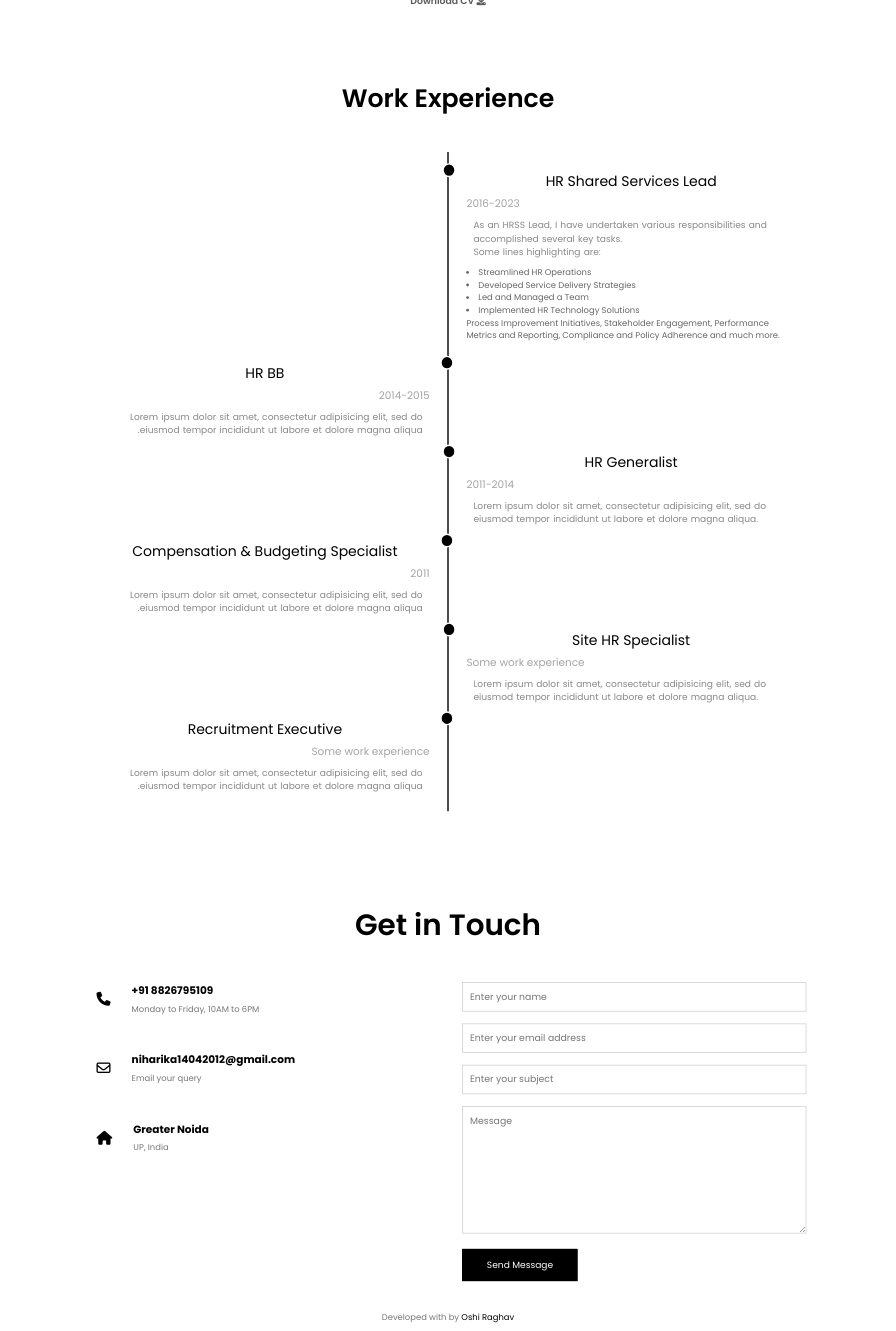
Repository: xoshiraghavx/Niharika-portfolio
Page: index.html
An editor plug-in stored every save of this project. The page is shown before and after a run of saves, followed by the edit.
The browser window is 1280 px wide. The pictures show the part of the page from y = 1293 to 3213 px (the page is 3195 px tall before and 3213 px after), at 70% of full size.
Some web libraries are served in a nearby version.

Above is the page before, as saved 2023-06-16 10:39:02.

### index.html
<!DOCTYPE html>
<html lang="en">
<head>
    <meta charset="UTF-8">
    <meta http-equiv="X-UA-Compatible" content="IE=edge">
    <meta name="viewport" content="width=device-width, initial-scale=1.0">
    <title>Niharika Singh | Portfolio</title>
    <link rel="stylesheet" href="../css/index.css">
    <link rel="preconnect" href="https://fonts.googleapis.com">
<link rel="preconnect" href="https://fonts.gstatic.com" crossorigin>
<link href="https://fonts.googleapis.com/css2?family=Poppins:wght@100;200;300;400;600;700&family=Righteous&display=swap" rel="stylesheet">
<link rel="stylesheet" href="https://stackpath.bootstrapcdn.com/font-awesome/4.7.0/css/font-awesome.min.css">
<link rel="stylesheet" href="./css/particle.css">
<link href="https://unpkg.com/aos@2.3.1/dist/aos.css" rel="stylesheet">
<link rel="icon" href="./img/image.jpg">

</head>
<body>
    <section class="header" id="head">
        <div id="particles-js">
        <nav>
            <div class="logo">
                <h2>NS</h2>
            </div>
            <div class="nav-links" id="navLinks">
                <i class="fa fa-times" onclick="hideMenu()"></i>
                <ul>
                    <li><a href="#head">HOME</a></li>
                    <li><a href="#about">ABOUT</a></li>
                    <li><a href="#work">WORK</a></li>
                    <li><a href="#contact">CONTACT</a></li>
                </ul>
            </div>
            <div class="social">
                    <div><a href="https://www.linkedin.com/in/niharika-singh-54130b13/" target="_blank"><i class="fa-brands fa-linkedin"></i></a></div>
                    <div><a href="https://www.facebook.com/people/Niharika-Singh/pfbid0zDJLjq1fehJWAvFLc7zkpJ6FsEs1uDxExLjwh94ZH389RFf4Q5YAZHgxJCLQanLsl/" target="_blank"><i class="fa-brands fa-facebook"></i></a></div>
                    <div><a href="https://www.instagram.com/niharika14042012/" target="_blank"><i class="fa-brands fa-instagram"></i></a></div>
            </div>
        </nav>

        <div id="home"data-aos="zoom-in" data-aos-duration="1000">
            <div class="img">
                <p style="color: #c5c1c1; font-weight: 600;">Hello, I'm</p>
            </div>
            <h1 class="hh1">NIHARIKA SINGH</h1>
            <div class="p1"data-aos="fade-in" data-aos-delay="1300"data-aos-duration="1000">
                <p>As an HR professional, I nurture a harmonious and productive workforce.</p>
            </div>
            <div class="container">
                <a href="#about">
                <div class="field" >
                    <div class="mouse"></div>
                </div>
            </a>
            </div>
    </div>
    </section>

<!-- ---------About----------------- -->
<section class="about-us" id="about">
    <div class="row1">
        <div class="about-col">
            <h1>About me</h1>
            <p>Lorem ipsum dolor sit amet consectetur adipisicing elit. Voluptates unde necessitatibus consectetur aut, quisquam at, dolorem, deleniti deserunt a error officia? Quas, quos. Nemo assumenda fugiat dolore ad illo soluta.Lorem ipsum dolor sit amet consectetur adipisicing elit. Voluptates unde necessitatibus consectetur aut, quisquam at, dolorem, deleniti deserunt a error officia? Quas, quos. Nemo assumenda fugiat dolore</p>
        </div>
    </div>
    <div class="bar">
        <div class="count">
            <div class="exp">
                <h1>17+</h1>
            </div>
            <div class="exp_name">
                <h4>Years</h4>
            </div>
        </div>
        <div class="count">
            <div class="exp">
                <h1>5</h1>
            </div>
            <div class="exp_name">
                <h4>Domain of HR</h4>
            </div>
        </div>
        <div class="count">
            <div class="exp">
                <h1>2</h1>
            </div>
            <div class="exp_name">
                <h4>Green Field Project </h4>
            </div>
        </div>
        <div class="count">
            <div class="exp">
                <h1>10+</h1>
            </div>
            <div class="exp_name">
                <h4>Processes </h4>
            </div>
        </div>
    </div>
    <div class="skills">
        <ul>
            <li>HR Shared Services setup</li>
            <li>Expat Management</li>
            <li>Global Center Setup</li>
        </ul>
        <ul>
            <li>HR Transformation & Digitization</li>
            <li>ERP enablement & Integration</li>
            <li>Process Simplification</li>
        </ul>
    </div>
    <div class="cv">
        <button><a href="./img/CV-Niharika Singh.pdf">Download CV </a><i class="fa fa-download"></i></button>
    </div>
</section>
<!-- ------------Timeline------------- -->
<section id="work">
    <h1>Work Experience</h1>
    <div class="timeline">
            <div class="timeline-block timeline-block-right">
               <div class="marker"></div>
               <div class="timeline-content">
                  <h3>HR Shared Services Lead </h3>
                  <span>2016-2023</span>
                  <p>As an HRSS Lead, I have undertaken various responsibilities and accomplished several key tasks.
                    <br>Some lines highlighting are:
                    <li>Streamlined HR Operations</li>
                    <li>Developed Service Delivery Strategies</li>
                    <li>Led and Managed a Team</li>
                    <li>Implemented HR Technology Solutions</li>Process Improvement Initiatives, Stakeholder Engagement, Performance Metrics and Reporting, Compliance and Policy Adherence and much more. </p>
               </div>
            </div>
            <div class="timeline-block timeline-block-left">
               <div class="marker"></div>
               <div class="timeline-content">
                  <h3>HR BB</h3>
                  <span>2014-2015</span>
                  <p>Lorem ipsum dolor sit amet, consectetur adipisicing elit, sed do eiusmod tempor incididunt ut labore et dolore magna aliqua.</p>
               </div>
            </div>
            <div class="timeline-block timeline-block-right">
                <div class="marker"></div>
                <div class="timeline-content">
                   <h3>HR Generalist</h3>
                   <span>2011-2014</span>
                   <p>Lorem ipsum dolor sit amet, consectetur adipisicing elit, sed do eiusmod tempor incididunt ut labore et dolore magna aliqua.</p>
                </div>
             </div>
            <div class="timeline-block timeline-block-left">
               <div class="marker"></div>
               <div class="timeline-content">
                  <h3>Compensation & Budgeting Specialist </h3>
                  <span>2011</span>
                  <p>Lorem ipsum dolor sit amet, consectetur adipisicing elit, sed do eiusmod tempor incididunt ut labore et dolore magna aliqua.</p>
               </div>
            </div>

            <div class="timeline-block timeline-block-right">
               <div class="marker"></div>
               <div class="timeline-content">
                  <h3>Site HR Specialist </h3>
                  <span>Some work experience</span>
                  <p>Lorem ipsum dolor sit amet, consectetur adipisicing elit, sed do eiusmod tempor incididunt ut labore et dolore magna aliqua.</p>
               </div>
            </div>

            <div class="timeline-block timeline-block-left">
               <div class="marker"></div>
               <div class="timeline-content">
                  <h3>Recruitment Executive </h3>
                  <span>Some work experience</span>
                  <p>Lorem ipsum dolor sit amet, consectetur adipisicing elit, sed do eiusmod tempor incididunt ut labore et dolore magna aliqua.</p>
               </div>
            </div>
    </div>
</section>
<section class="contact-us" id="contact">
    <h1>Get in Touch
    </h1>
    <div class="row">
        <div class="contact-col">
            <div>
                 <i class="fa fa-phone"></i>
                 <span>
                     <h5><a href="tel: +918178788527">+91 8826795109</a></h5>
                     <p>Monday to Friday, 10AM to 6PM</p>
                 </span>
            </div>
            <div>
                 <i class="fa fa-envelope-o"></i>
                 <span>
                     <h5><a href="mailto: niharika14042012@gmail.com ">niharika14042012@gmail.com</a></h5>
                     <p>Email your query</p>
                 </span>
            </div>
            <div>
                <i class="fa fa-home"></i>
                <span>
                    <h5><a href="https://www.google.com/maps/place/Greater+Noida,+Uttar+Pradesh/@28.4985622,77.3511809,11z/data=!3m1!4b1!4m6!3m5!1s0x390cea64b8f89aef:0xec0ccabb5317962e!8m2!3d28.4743879!4d77.5039904!16zL20vMGN3OXEy?entry=ttu" target="_blank">Greater Noida</a></h5>
                    <p>UP, India</p>
                </span>
           </div>
        </div>
        <div class="contact-col">
            <form action="https://formcarry.com/s/P6GKrEghsf" method="POST" accept-charset="UTF-8">
                <input type="text" name="name" placeholder="Enter your name" required>
                <input type="email" name="email" placeholder="Enter your email address" required>
                <input type="text" name="subject" placeholder="Enter your subject" required>
                <textarea rows="8" name="message" placeholder="Message" required></textarea>
                <button type="submit" class="hero-btn">Send Message</button>
            </form>
        </div>
    </div>
</section>
<!-- --------footer--------- -->
<section class="footer">
    <p style="text-align: center;">Developed with by <a href="https://www.linkedin.com/in/oshiraghav/" target="_blank">Oshi Raghav</a></p>
</section>

<!-- ---------------javascript----------------->
    	<script src=
		"particles.js-master/particles.js">
	</script>
	<script src=
		"/particles.js-master/demo/js/app.js">
	</script>
     <script src="https://unpkg.com/aos@2.3.1/dist/aos.js"></script>
    <script>
     AOS.init();
    </script>
    <script src="https://kit.fontawesome.com/b6191824ce.js" crossorigin="anonymous"></script>
</body>
</html>

### css/index.css
*{
    margin: 0;
    padding: 0;
    font-family: 'poppins', sans-serif;
    scroll-behavior: smooth;
}
.header{
    min-height: 100vh;
    width: 100%;
}
h3{
    color: #000;
}
nav{
    display: flex;
    padding: 1rem 0rem;
    background: #ffffff;
    justify-content: space-around;
    align-items: center;
    position: fixed;
    width: 100%;
    backdrop-filter: blur(3px);
    z-index: 2;
}
.logo{
    background: #000;
    color: #ffffff;
    border-radius: 100%;
    padding: 5pt 6pt;
}
.nav-links ul li{
    list-style: none;
    display: inline-block;
    padding: 8px 12px;
    position: relative;
}
.nav-links ul li a{
    color: #000000;
    text-decoration: none;
    font-size: 13px;
}
.nav-links ul li::after{
    content: '';
    width: 0%;
    height: 2px;
    background: #000000;
    display: block;
    margin: auto;
    transition: 0.5s;
}
.nav-links ul li:hover::after{
    width: 100%;
}
.social{
    display: grid;
    grid-template-columns: auto auto auto auto;
    column-gap: 15px;
    font-size: 1.2rem;
    color: #000000;
}
.social a{
    color: #000;
}
.social:hover{
    cursor: pointer;
}
#home{
    position: absolute;
    text-align: center;
    width: 100%;
    margin-top: 250px;
    color: #ffffff;
}
.hh1{
    font-size: 4em;
}
#home p{
    padding-top: .5rem;
    font-size: 1rem;
    color: #c5c1c1;
}
.container {
	width: 100%;
	height: 100%;
	display: flex;
	align-items: center;
	justify-content: center;
    padding-top: 10rem;
}
.field:hover{
    cursor: pointer;
}

.field {
	display: flex;
	align-items: center;
	justify-content: space-around;
}

.mouse {
	width: 30px;
	height: 50px;
	border: 3px solid #ffffff;
	border-radius: 60px;
	position: relative;
	&::before {
		content: '';
		width: 8px;
		height: 8px;
		position: absolute;
		top: 10px;
		left: 50%;
		transform: translateX(-50%);
		background-color: #ffffff;
		border-radius: 50%;
		opacity: 1;
		animation: wheel 2s infinite;
		-webkit-animation: wheel 2s infinite;
	}
}
@keyframes wheel {
	to {
		opacity: 0;
		top: 30px;
	}
}

@-webkit-keyframes wheel {
	to {
		opacity: 0;
		top: 60px;
	}
}
nav .fa{
    display: none;
}
.hero-btn{
    display: inline-block;
    text-decoration: none;
    color: #fff;
    border: 1px solid #000000;
    padding: 12px 34px;
    font-size: 13px;
    background-color: #000;
    position: relative;
    cursor: pointer;
}
.hero-btn:hover{
    border: 1px solid #000000;
    background: #fff;
    color: #000;
    transition: 1s;
}
@media(max-width: 700px){
    .nav-links{
        display: none;
    }
}
.course{
    width: 80%;
    margin: auto;
    text-align: center;
    padding-top: 80px;
}
h1{
    font-size: 36px;
    font-weight: 600;
    text-align: center;
}
p{
    color: #777;
    font-size: 300;
    line-height: 22px;
    padding: 10px;
}
.row{
    margin-top: 5%;
    display: flex;
    justify-content: space-between;
}
.course-col{
    flex-basis: 31%;
    background: #fff3f3;
    border-radius: 10px;
    margin-bottom: 5%;
    padding: 20px 12px;
    box-sizing: border-box;
    transition: 0.5s;
}
h3{
    text-align: center;
    font-weight: 600;
    margin: 10px 0px;
}
.course-col:hover{
    box-shadow: rgba(241, 128, 128, 0.25) 0px 54px 55px, rgba(233, 177, 177, 0.12) 0px -12px 30px, rgba(238, 209, 209, 0.12) 0px 4px 6px, rgba(230, 100, 100, 0.17) 0px 12px 13px, rgba(250, 27, 27, 0.09) 0px -3px 5px;
}
@media(max-width: 700px){
    .row{
        flex-direction: column;
    }
}
/*  --------facilities--------*/
 .timeline {
    width: 80%;
    padding: 1rem 0;
    margin: 50px auto;
    position: relative;
    overflow: hidden;
 }
 .timeline:before {
    content: '';
    position: absolute;
    top: 0;
    left: 50%;
    margin-left: -1px;
    width: 2px;
    height: 100%;
    background: #000000;
    z-index: 1
 }
 .timeline-block {
    width: -webkit-calc(50% + 8px);
    width: -moz-calc(50% + 8px);
    width: calc(50% + 8px);
    display: -webkit-box;
    display: -webkit-flex;
    display: -moz-box;
    display: flex;
    -webkit-box-pack: justify;
    -webkit-justify-content: space-between;
    -moz-box-pack: justify;
    justify-content: space-between;
    clear: both;
 }
 .timeline-block-right {
    float: right;
 }
 .timeline-block-left {
    float: left;
    direction: rtl
 }
 .marker {
    width: 16px;
    height: 16px;
    border-radius: 50%;
    border: 2px solid #ffffff;
    background: #000000;
    z-index: 1
 }

 .timeline-content {
    width: 95%;
    padding: 0 15px;
    color: #666
 }

 .timeline-content h3 {
    margin-bottom: 5px;
    font-size: 20px;
    font-weight: 500
 }

 .timeline-content span {
    font-size: 15px;
    color: #a4a4a4;
 }

 .timeline-content p {
    font-size: 13px;
    line-height: 1.5em;
    word-spacing: 1px;
    color: #888;
 }


 @media screen and (max-width: 768px) {
    /* .container:before {
       left: 8px;
       width: 2px;
    }
    .timeline-block {
       width: 100%;
       margin-bottom: 30px;
    }
    .timeline-block-right {
       float: none;
    }

    .timeline-block-left {
       float: none;
       direction: ltr;
    } */
 }

/* -------about us page------- */
.about-us{
    width: 50%;
    margin: auto;
    padding-top: 100px;
    padding-bottom: 100px;
}
.about-col{
    flex-basis: 48%;
    text-align: center;
    padding: 10px 2px;
}
.about-col p{
    padding: 15px 0 25px;
}
.about-col h1{
    font-size: 4em;
}
.bar{
    display: flex;
    justify-content: space-between;
    text-align: center;
}
.count{
    display: grid;
    /* flex-direction: column;
    justify-content: center; */
}
.skills{
    display: flex;
    justify-content: space-around;
    padding-top: 3rem;
}
.cv{
    display: flex;
    justify-content: center;
    padding-top: 3rem;
}
.cv button{
    background-color: transparent;
    border: none;
}
.cv button a{
    text-decoration: none;
    color: #5d5c5c;
    font-weight: 600;
}
.cv .fa{
    color: #5d5c5c;
}
.cv :hover{
    color: #000000;
    cursor: pointer;
}
@media(max-width: 700px){
    .about-us{
        width: 90%;
        margin-top: -15%;
    }
    .about-col h1{
        font-size: 3em;
    }
    .bar{
        display: grid;
        grid-template-columns: 1fr 1fr;
    }
    .skills{
        display: grid;
        padding-left: 10%;
    }
    .cv button{
        font-size: 1rem;
        margin-top: -5%;
    }
}
/* ----contact us----- */
.location{
    width: 80%;
    margin: auto;
    padding: 80px 0;
}
.location iframe{
    width: 100%;
}
.contact-us{
    width: 80%;
    margin: auto;
    padding-top: 80px;
}
.contact-us h1{
    font-size: 3.5em;
}
.contact-col{
    flex-basis: 48%;
    margin-bottom: 30px;
}
.contact-col div{
    display: flex;
    align-items: center;
    margin-bottom: 50px;
}
.contact-col div .fa{
    font-size: 20px;
    color: #000000;
    margin: 10px;
    margin-right: 30px;
}
.contact-col a{
    text-decoration: none;
    color: #000;
}
.contact-col div p{
    padding: 0;
}
.contact-col div h5{
    font-size: 15px;
    margin-bottom: 4px;
    color: #000000;
    font-weight: bold;
}
.contact-col input, .contact-col textarea{
    width: 100%;
    padding: 10px;
    margin-bottom: 17px;
    outline: none;
    border: 1px solid #ccc;
    box-sizing:border-box ;
}

.footer a{
    text-decoration: none;
    color: #000000;
}
@media(max-width: 700px){
    .contact-col div{
        margin-bottom: 20px;
    }
    .contact-col{
        margin-bottom: 10px;
    }
}

### css/particle.css
/* ---- reset ---- */

body {
    margin: 0;
    font:normal 75% Arial, Helvetica, sans-serif;
  }

  canvas {
    display: block;
    vertical-align: bottom;
  }

  /* ---- particles.js container ---- */

  #particles-js {
    position: absolute;
    width: 100%;
    height: 100vh;
    background-color: #000000;
  }

  /* ---- stats.js ---- */

  .count-particles{
    background: #ff0000;
    position: absolute;
    top: 48px;
    left: 0;
    width: 80px;
    color: #13E8E9;
    font-size: .8em;
    text-align: left;
    text-indent: 4px;
    line-height: 14px;
    padding-bottom: 2px;
    font-family: Helvetica, Arial, sans-serif;
    font-weight: bold;
  }

  .js-count-particles{
    font-size: 1.1em;
  }

  #stats,
  .count-particles{
    -webkit-user-select: none;
  }

  #stats{
    border-radius: 3px 3px 0 0;
    overflow: hidden;
  }

  .count-particles{
    border-radius: 0 0 3px 3px;
  }

### particles.js-master/demo/js/app.js
/* -----------------------------------------------
/* How to use? : Check the GitHub README
/* ----------------------------------------------- */

/* To load a config file (particles.json) you need to host this demo (MAMP/WAMP/local)... */
/*
particlesJS.load('particles-js', 'particles.json', function() {
  console.log('particles.js loaded - callback');
});
*/

/* Otherwise just put the config content (json): */

particlesJS('particles-js',

  {
    "particles": {
      "number": {
        "value": 80,
        "density": {
          "enable": true,
          "value_area": 800
        }
      },
      "color": {
        "value": "#ffffff"
      },
      "shape": {
        "type": "circle",
        "stroke": {
          "width": 0,
          "color": "#000000"
        },
        "polygon": {
          "nb_sides": 5
        },
        "image": {
          "src": "img/github.svg",
          "width": 100,
          "height": 100
        }
      },
      "opacity": {
        "value": 0.5,
        "random": false,
        "anim": {
          "enable": false,
          "speed": 1,
          "opacity_min": 0.1,
          "sync": false
        }
      },
      "size": {
        "value": 5,
        "random": true,
        "anim": {
          "enable": false,
          "speed": 40,
          "size_min": 0.1,
          "sync": false
        }
      },
      "line_linked": {
        "enable": true,
        "distance": 150,
        "color": "#ffffff",
        "opacity": 0.4,
        "width": 1
      },
      "move": {
        "enable": true,
        "speed": 6,
        "direction": "none",
        "random": false,
        "straight": false,
        "out_mode": "out",
        "attract": {
          "enable": false,
          "rotateX": 600,
          "rotateY": 1200
        }
      }
    },
    "interactivity": {
      "detect_on": "canvas",
      "events": {
        "onhover": {
          "enable": true,
          "mode": "repulse"
        },
        "onclick": {
          "enable": true,
          "mode": "push"
        },
        "resize": true
      },
      "modes": {
        "grab": {
          "distance": 400,
          "line_linked": {
            "opacity": 1
          }
        },
        "bubble": {
          "distance": 400,
          "size": 40,
          "duration": 2,
          "opacity": 8,
          "speed": 3
        },
        "repulse": {
          "distance": 200
        },
        "push": {
          "particles_nb": 4
        },
        "remove": {
          "particles_nb": 2
        }
      }
    },
    "retina_detect": true,
    "config_demo": {
      "hide_card": false,
      "background_color": "#b61924",
      "background_image": "",
      "background_position": "50% 50%",
      "background_repeat": "no-repeat",
      "background_size": "cover"
    }
  }

);

Loaded but not shown: particles.js-master/particles.js (common file)

After the next 2 saves:
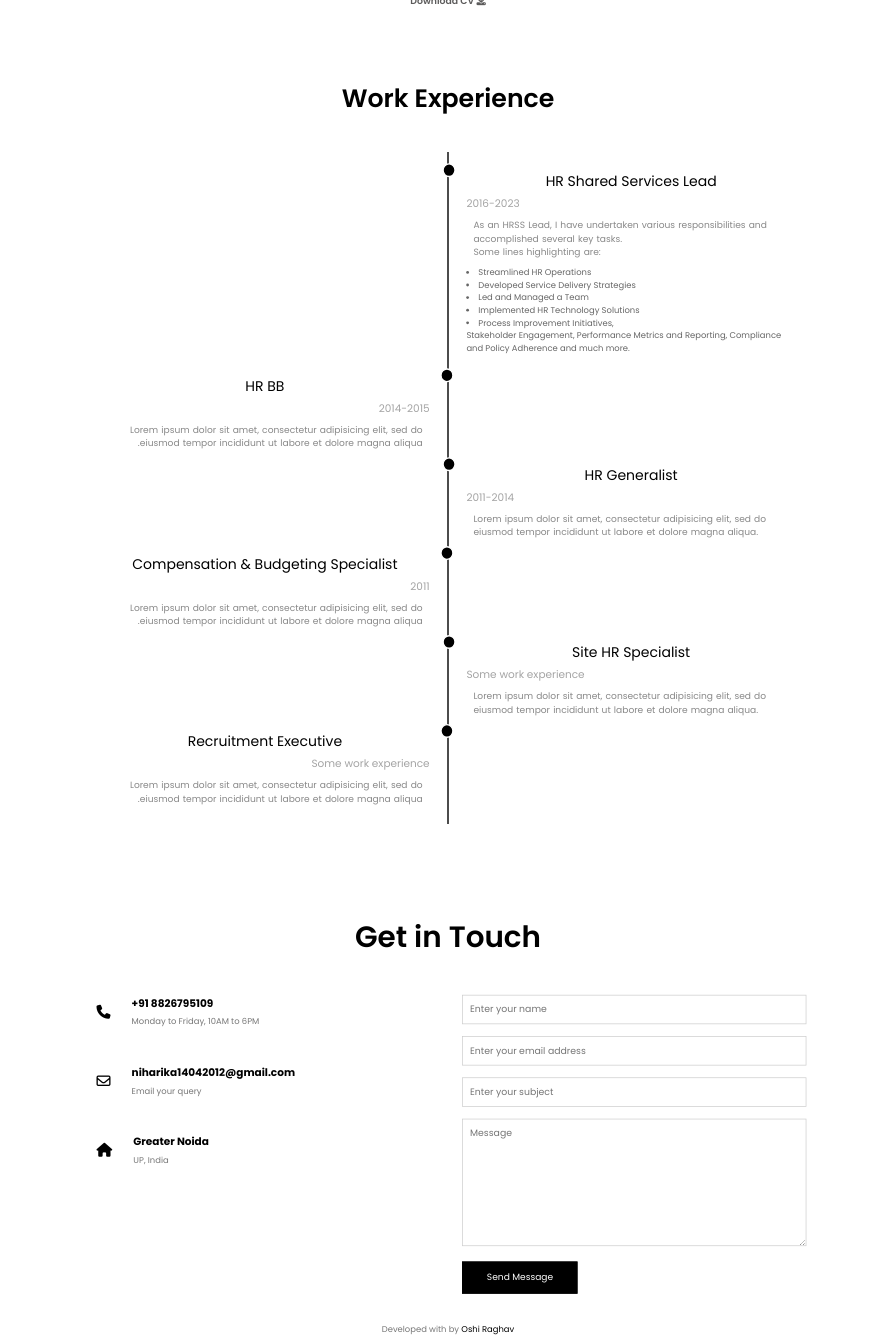
The 2 saves are shown as one change because they came seconds apart.
The last was saved 7 s later.
--- a/index.html
+++ b/index.html
@@ -128,7 +128,8 @@
                     <li>Streamlined HR Operations</li>
                     <li>Developed Service Delivery Strategies</li>
                     <li>Led and Managed a Team</li>
-                    <li>Implemented HR Technology Solutions</li>Process Improvement Initiatives, Stakeholder Engagement, Performance Metrics and Reporting, Compliance and Policy Adherence and much more. </p>
+                    <li>Implemented HR Technology Solutions</li>
+                    <li>Process Improvement Initiatives,</li> Stakeholder Engagement, Performance Metrics and Reporting, Compliance and Policy Adherence and much more. </p>
                </div>
             </div>
             <div class="timeline-block timeline-block-left">
